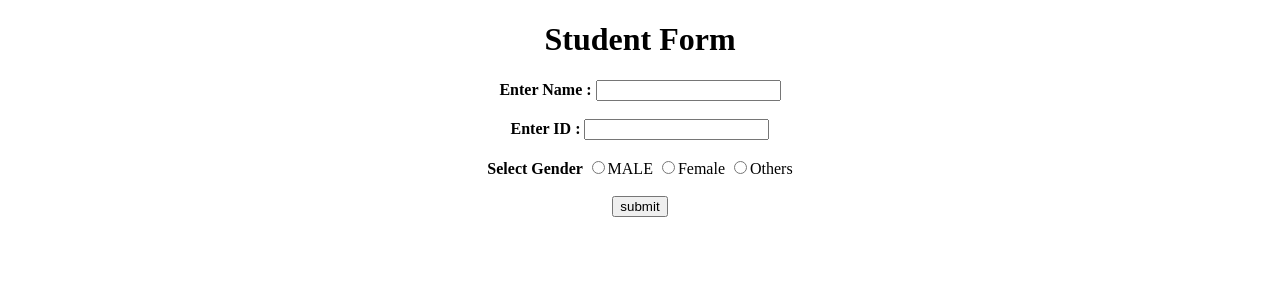
Repository: VIJAYkollu-7568/rakhi
Page: ServletProject/src/main/webapp/form.html
These files come from the project's save history. The page is drawn as it stood at one moment and after the next save; the edit follows.
The browser window is 1280 px wide. The pictures show the whole page.

Above is the page before, as saved 2024-11-05 14:07:45.

After the next save:
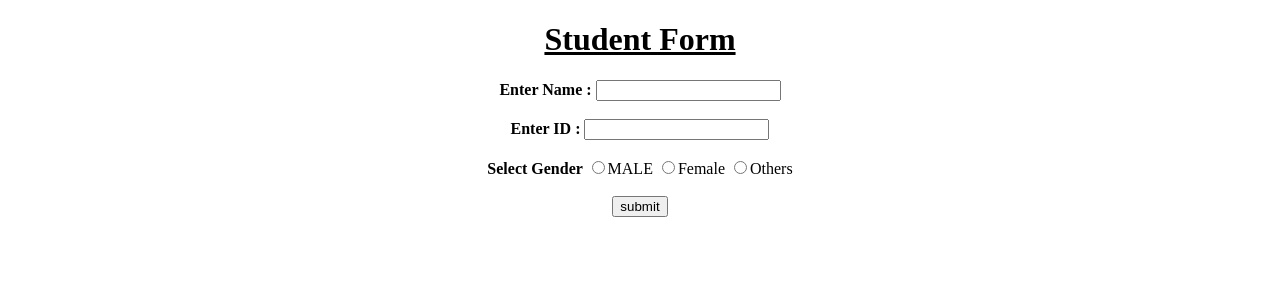
Saved 114 s later.
--- a/ServletProject/src/main/webapp/form.html
+++ b/ServletProject/src/main/webapp/form.html
@@ -6,7 +6,7 @@
 </head>
 <body>
 <form align="center">
-<b><h1 align="center">Student Form</h1></b>
+<b><h1 align="center"><u>Student Form</u></h1></b>
 <b>Enter Name : </b><input type="text" name="name" required />
 <br><br>
 <b>Enter ID : </b><input type="number" name="id" required/>
